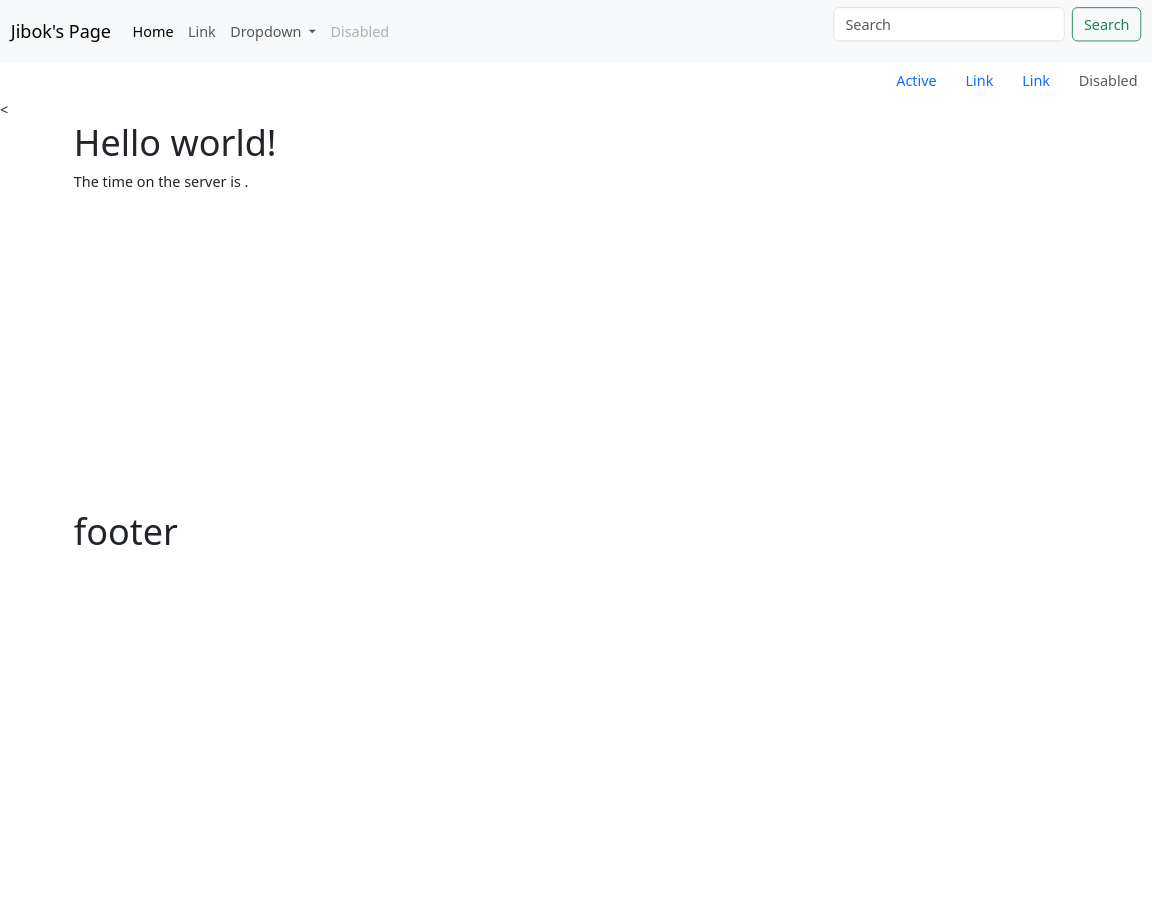
Repository: budflower44/Spring_project
Page: http://localhost/spring_seulmi/WEB-INF/views/index.jsp
These files come from the project's save history. The page is drawn as it stood at one moment and after the next save; the edit follows.
The browser window is 1280 px wide. The pictures show the whole page, at 90% of full size.
The page is served by Tomcat 9. Nobody is signed in. Other server files are loaded and not shown. The template is opened directly, without the code that normally fills it, so the values that code supplies are empty.

Above is the page before, as saved 2024-01-17 05:04:49.

### spring_seulmi/src/main/webapp/WEB-INF/views/index.jsp

<jsp:include page="layout/header.jsp" />
<jsp:include page="layout/Nav.jsp" />
<<style>
	.container{
		height: 60vh;
	}
</style>

<div class="container">

<h1>
	Hello world!
</h1>

<P>  The time on the server is ${serverTime}. </P>


</div>

<jsp:include page="layout/footer.jsp" />

### spring_seulmi/src/main/webapp/WEB-INF/views/layout/header.jsp
<%@ page language="java" contentType="text/html; charset=UTF-8"
    pageEncoding="UTF-8"%>
<%@ taglib uri="http://java.sun.com/jsp/jstl/core" prefix="c" %>
<%@ taglib uri="http://www.springframework.org/security/tags" prefix="sec" %>
<link href="https://cdn.jsdelivr.net/npm/bootstrap@5.3.1/dist/css/bootstrap.min.css" rel="stylesheet" integrity="sha384-4bw+/aepP/YC94hEpVNVgiZdgIC5+VKNBQNGCHeKRQN+PtmoHDEXuppvnDJzQIu9" crossorigin="anonymous">


<!DOCTYPE html>
<html>
<head>
<meta charset="UTF-8">
<title>Insert title here</title>
</head>
<body>

<nav class="navbar navbar-expand-lg bg-body-tertiary">
  <div class="container-fluid">
    <a class="navbar-brand" href="#">Jibok's Page</a>
    <button class="navbar-toggler" type="button" data-bs-toggle="collapse" data-bs-target="#navbarSupportedContent" aria-controls="navbarSupportedContent" aria-expanded="false" aria-label="Toggle navigation">
      <span class="navbar-toggler-icon"></span>
    </button>
    <div class="collapse navbar-collapse" id="navbarSupportedContent">
      <ul class="navbar-nav me-auto mb-2 mb-lg-0">
        <li class="nav-item">
          <a class="nav-link active" aria-current="page" href="#">Home</a>
        </li>
        <li class="nav-item">
          <a class="nav-link" href="#">Link</a>
        </li>
        <li class="nav-item dropdown">
          <a class="nav-link dropdown-toggle" href="#" role="button" data-bs-toggle="dropdown" aria-expanded="false">
            Dropdown
          </a>
          <ul class="dropdown-menu">
            <li><a class="dropdown-item" href="#">Action</a></li>
            <li><a class="dropdown-item" href="#">Another action</a></li>
            <li><hr class="dropdown-divider"></li>
            <li><a class="dropdown-item" href="#">Something else here</a></li>
          </ul>
        </li>
        <li class="nav-item">
          <a class="nav-link disabled" aria-disabled="true">Disabled</a>
        </li>
      </ul>
      <form class="d-flex" role="search">
        <input class="form-control me-2" type="search" placeholder="Search" aria-label="Search">
        <button class="btn btn-outline-success" type="submit">Search</button>
      </form>
    </div>
  </div>
</nav>

### spring_seulmi/src/main/webapp/WEB-INF/views/layout/Nav.jsp
<ul class="nav justify-content-end">
  <li class="nav-item">
    <a class="nav-link active" aria-current="page" href="#">Active</a>
  </li>
  <li class="nav-item">
    <a class="nav-link" href="#">Link</a>
  </li>
  <li class="nav-item">
    <a class="nav-link" href="#">Link</a>
  </li>
  <li class="nav-item">
    <a class="nav-link disabled" aria-disabled="true">Disabled</a>
  </li>
</ul>

### spring_seulmi/src/main/webapp/WEB-INF/views/layout/footer.jsp

<div class="container">

<h1>footer</h1>

</div>
    <script src="https://cdn.jsdelivr.net/npm/bootstrap@5.3.1/dist/js/bootstrap.bundle.min.js" integrity="sha384-HwwvtgBNo3bZJJLYd8oVXjrBZt8cqVSpeBNS5n7C8IVInixGAoxmnlMuBnhbgrkm" crossorigin="anonymous"></script>
</body>
</html>

After the next save:
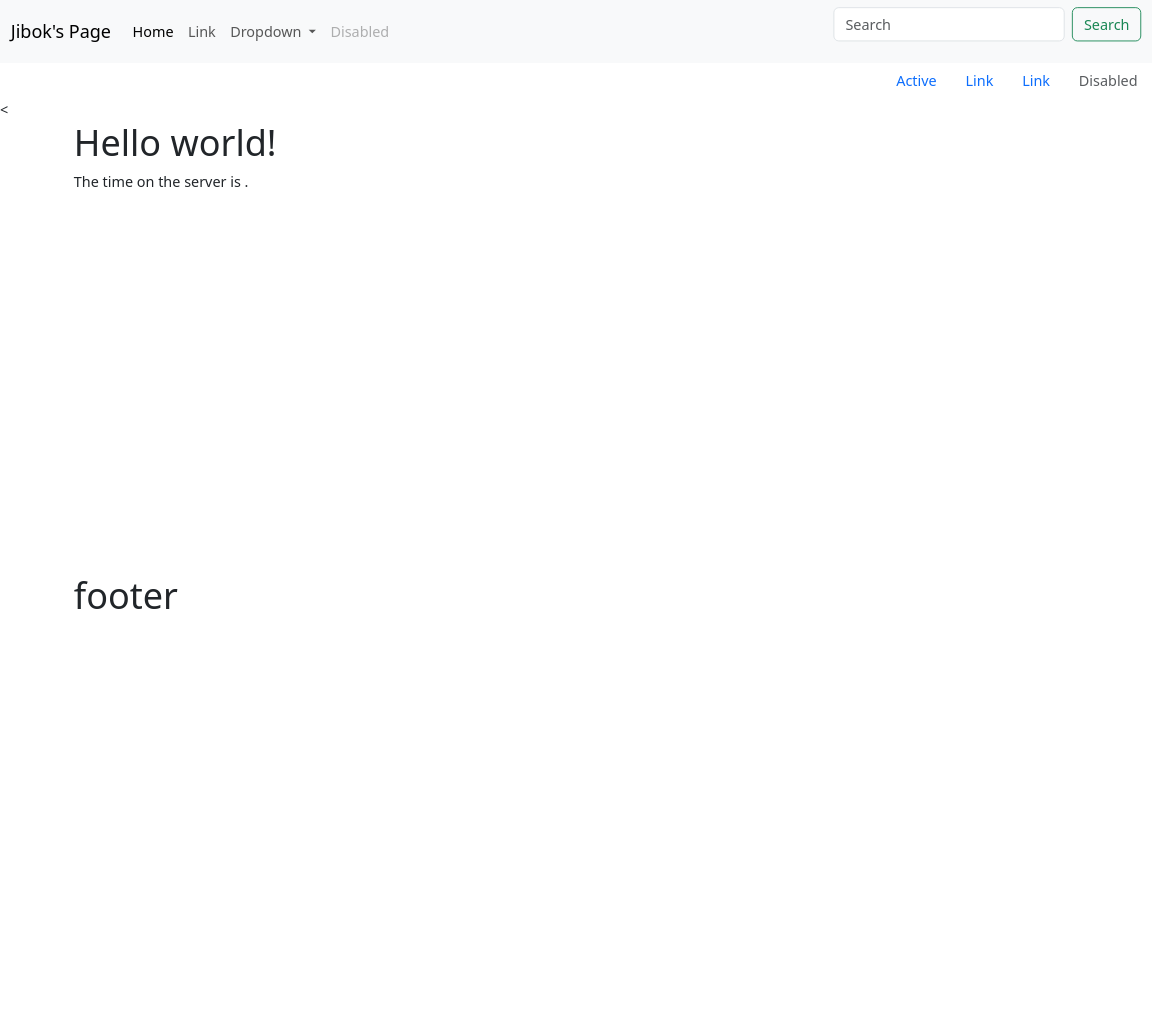
Saved 7 s later.
--- a/spring_seulmi/src/main/webapp/WEB-INF/views/index.jsp
+++ b/spring_seulmi/src/main/webapp/WEB-INF/views/index.jsp
@@ -3,7 +3,7 @@
 <jsp:include page="layout/Nav.jsp" />
 <<style>
 	.container{
-		height: 60vh;
+		height: 70vh;
 	}
 </style>
 
